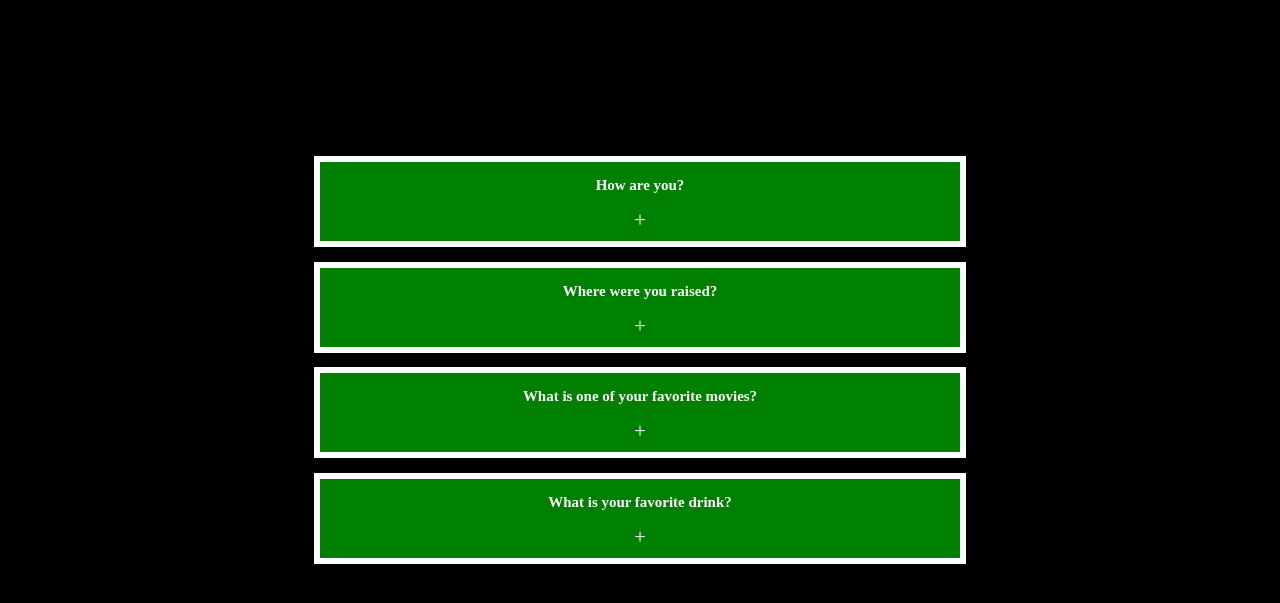
Repository: kosenijr/react-projects
Page: / (app in accordion/)
An editor plug-in stored every save of this project. The page is shown before and after the next save, followed by the edit.
The browser window is 1280 px wide. The pictures show the whole page.
The project was rebuilt for these pictures with package versions that can differ from the ones it lists, and the page was loaded fresh each time.

Above is the page before, as saved 2024-03-02 23:11:07.

After the next save:
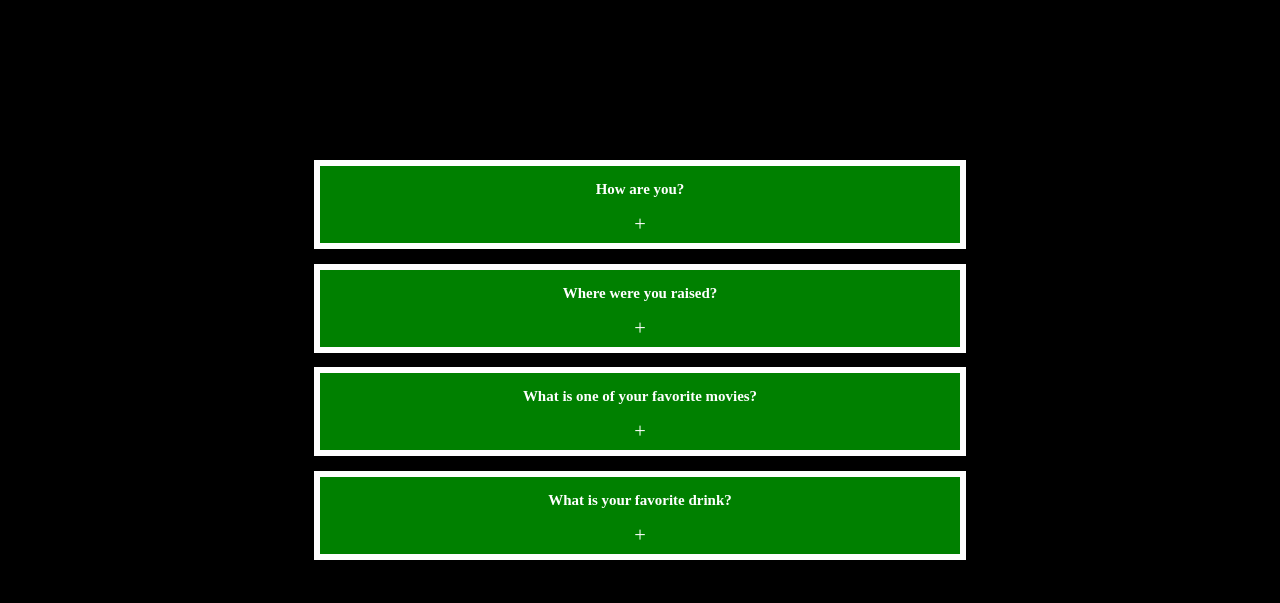
Saved 71 s later.
--- a/accordion/src/styles/SingleSelection.css
+++ b/accordion/src/styles/SingleSelection.css
@@ -15,7 +15,7 @@
   font-family: "Raleway", "Times New Roman";
   margin: 2vh 0;
   padding-bottom: 1vh;
-  height: 10vh;
+  /* height: 10vh; */
   width: 50vw;
   border: 0.5em solid white;
   cursor: pointer;
